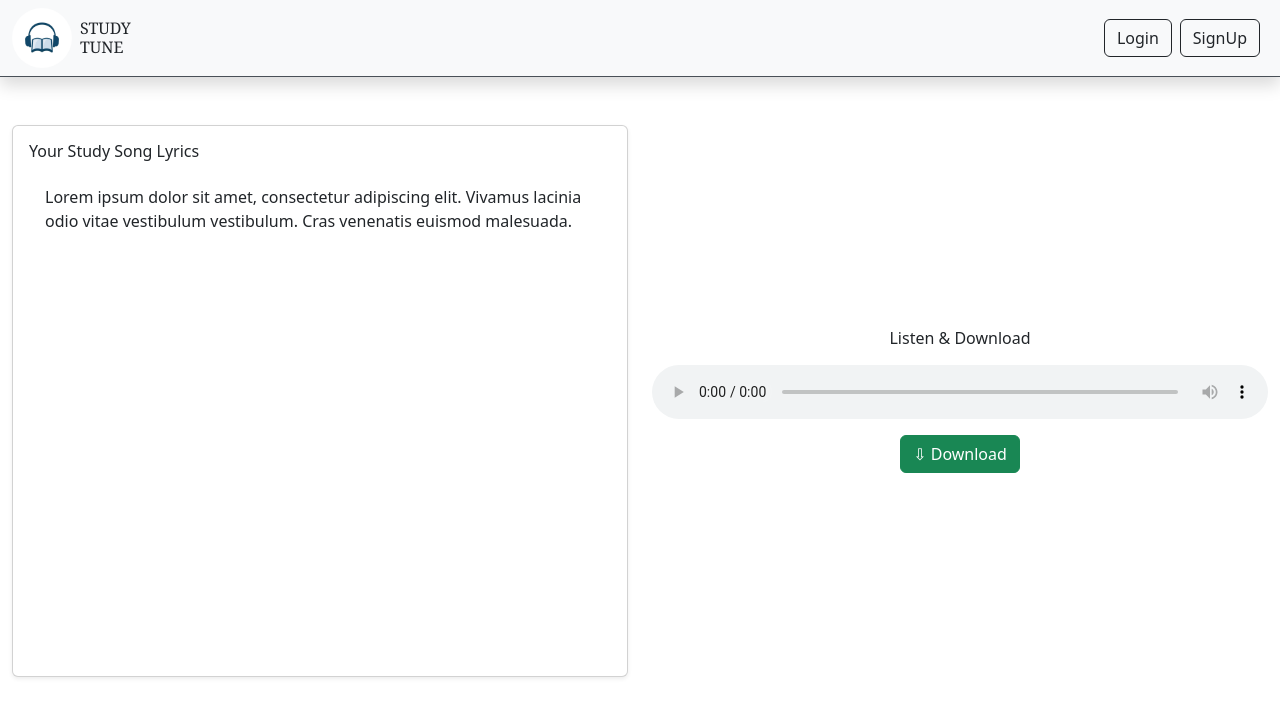
Repository: SpoorthiRaj1908/StudyTune
Page: / (app in frontend/)
These files come from the project's save history. The page is drawn as it stood at one moment and after the next save; the edit follows.
The browser window is 1280 px wide. The pictures show the whole page.
Some web libraries are served in a nearby version. The project was rebuilt for these pictures with package versions that can differ from the ones it lists, and the page was loaded fresh each time. Also part of the build but not shown: frontend/vite.config.js, frontend/src/Home/Body.jsx.

Above is the page before, as saved 2025-10-13 22:32:21.

After the next save:
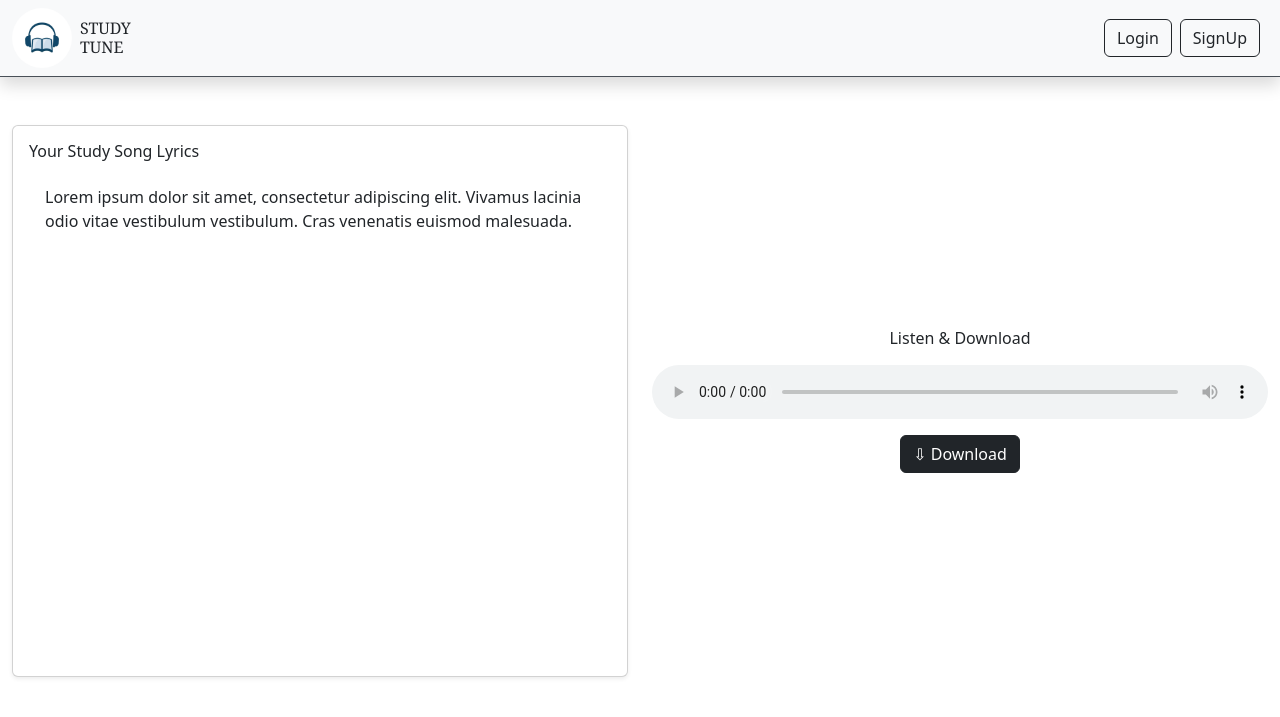
Saved 48 s later.
--- a/frontend/src/Output.jsx
+++ b/frontend/src/Output.jsx
@@ -24,7 +24,7 @@
             <source src="/path/to/generated-song.mp3" type="audio/mpeg" />
             Your browser does not support the audio element.
           </audio>
-          <a href="/path/to/generated-song.mp3" download className="btn btn-success">
+          <a href="/path/to/generated-song.mp3" download className="btn btn-dark">
             &#8681; Download
           </a>
         </div>

After the save that followed:
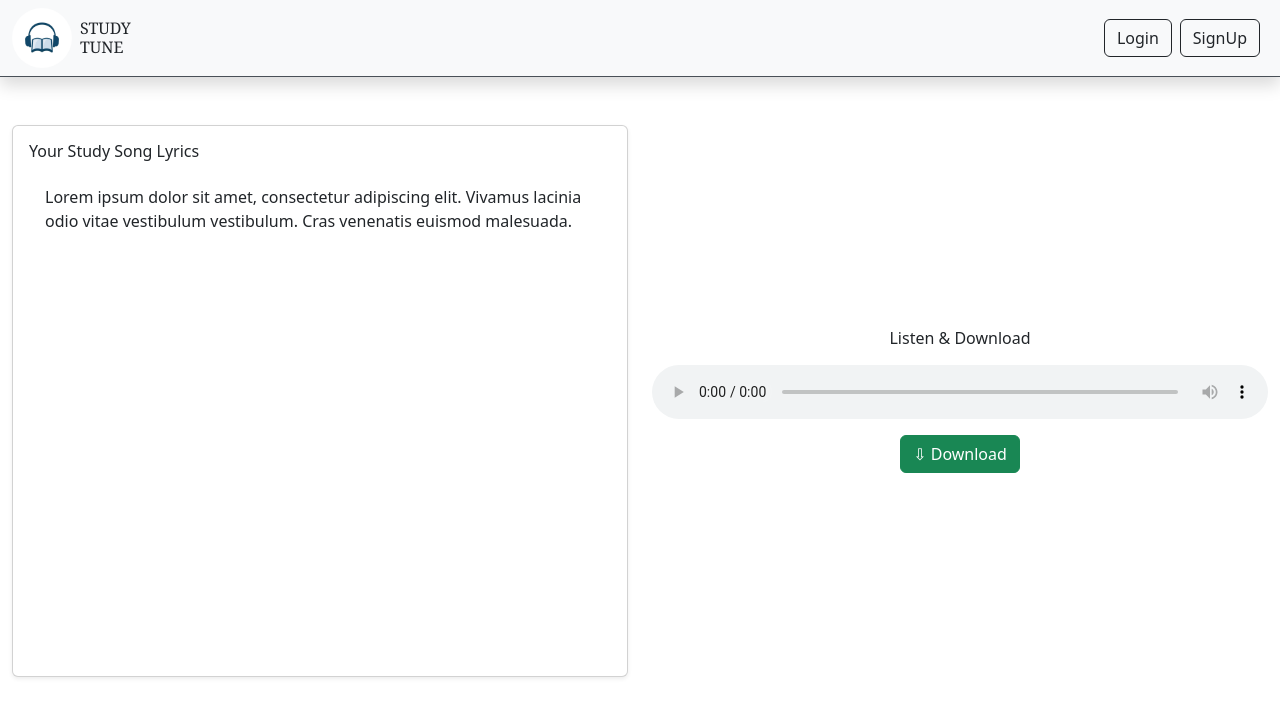
Saved 7 s later.
--- a/frontend/src/Output.jsx
+++ b/frontend/src/Output.jsx
@@ -24,7 +24,7 @@
             <source src="/path/to/generated-song.mp3" type="audio/mpeg" />
             Your browser does not support the audio element.
           </audio>
-          <a href="/path/to/generated-song.mp3" download className="btn btn-dark">
+          <a href="/path/to/generated-song.mp3" download className="btn btn-success">
             &#8681; Download
           </a>
         </div>
